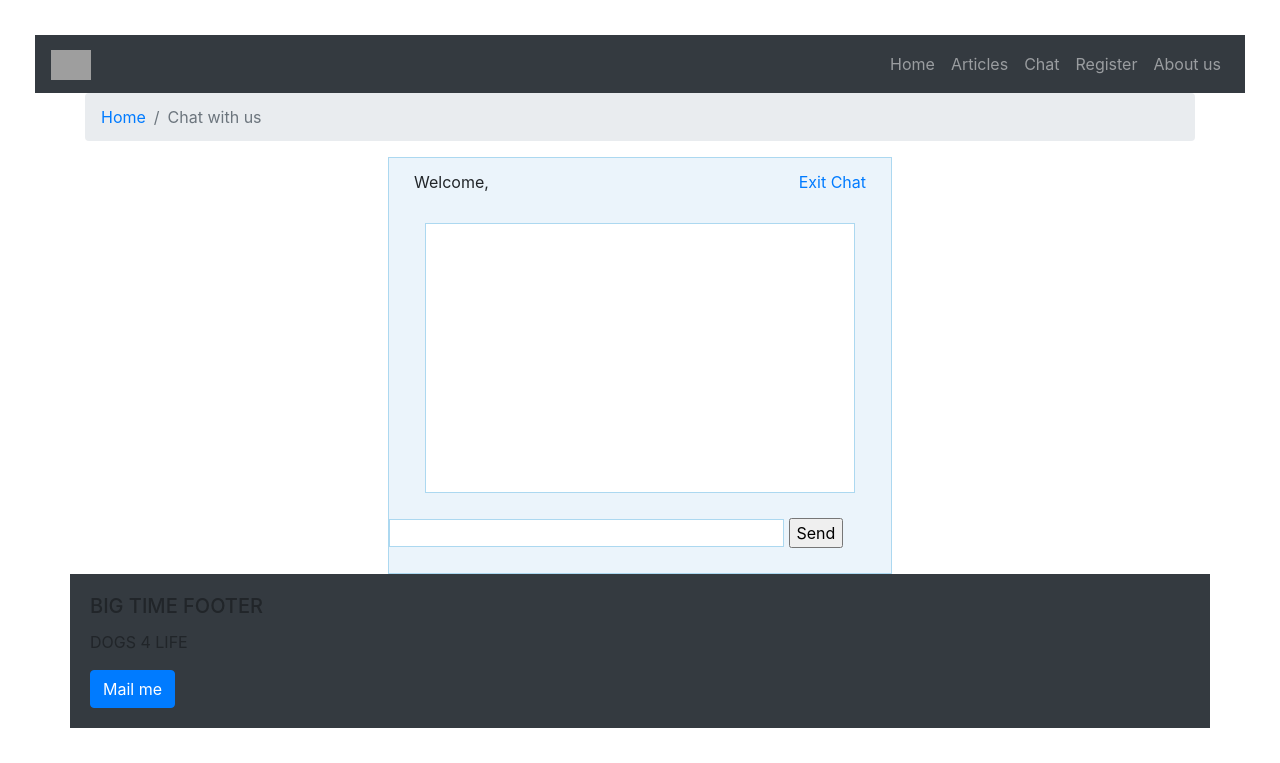
Repository: RalfsB/THE_LAST
Page: 4th.html
An editor plug-in stored every save of this project. The page is shown before and after the next save, followed by the edit.
The browser window is 1280 px wide. The pictures show the whole page.
Pictures or frames that could not be fetched are drawn as grey boxes. Some web libraries are served in a nearby version.

Above is the page before, as saved 2018-10-01 17:15:39.

### 4th.html
<!DOCTYPE html>
<html lang="en">
<head>
    <meta charset="UTF-8">
    <meta name="viewport" content="width=device-width, initial-scale=1.0">
    <meta http-equiv="X-UA-Compatible" content="ie=edge">
    <title>Chat</title>
    <link rel="stylesheet" href="style2.css">
    <link rel="stylesheet" href="https://maxcdn.bootstrapcdn.com/bootstrap/4.0.0/css/bootstrap.min.css" integrity="sha384-Gn5384xqQ1aoWXA+058RXPxPg6fy4IWvTNh0E263XmFcJlSAwiGgFAW/dAiS6JXm"
    crossorigin="anonymous">
</head>
<body>
        <nav class="navbar navbar-expand-sm navbar-dark bg-dark">
                <a href="1st_index.html" class="navbar-brand"><img src="https://r.hswstatic.com/w_907/gif/tesla-cat.jpg" height="30px"></a>
                <button class="navbar-toggler" data-toggle="collapse" data-target="#navbarMenu">
                    <span class="navbar-toggler-icon"></span>
                </button>
                <div class="collapse navbar-collapse" id="navbarMenu">
                    <ul class="navbar-nav ml-auto">
                        <li class="nav-item">
                            <a href="1st_index.html" class="nav-link">Home</a>
                        </li>
                        <li class="nav-item">
                            <a href="2nd.html" class="nav-link">Articles</a>
                        </li>
                        <li class="nav-item">
                            <a href="4th.html" class="nav-link">Chat</a>
                        </li>
                        <li class="nav-item">
                            <a href="5th.html" class="nav-link">Register</a>
                        </li>
                        <li class="nav-item">
                            <a href="6th.html" class="nav-link">About us</a>
                        </li>
                    </ul>
                </div>
            </nav>

            <div class="container">
                    <div class="row">
                        <div class="col-12">
                            <nav aria-label="breadcrumb">
                                <ol class="breadcrumb">
                                        <li class="breadcrumb-item"><a href="1st_index.html">Home</a></li>
                                        <li class="breadcrumb-item active" aria-current="page">Chat with us</li>
                                </ol>
                            </nav>
                        </div>
<div class="container">
    <div class="row">
        <div class="col">
                <div id="wrapper">
                        <div id="menu">
                            <p class="welcome">Welcome, <b></b></p>
                            <p class="logout"><a id="exit" href="#">Exit Chat</a></p>
                            <div style="clear:both"></div>
                        </div>

                        <div id="chatbox"></div>

                        <form name="message" action="">
                            <input name="usermsg" type="text" id="usermsg" size="63" />
                            <input name="submitmsg" type="submit"  id="submitmsg" value="Send" />
                        </form>
                    </div>
        </div>
    </div>
</div>



<div class="card-body navbar-dark bg-dark">
    <h5 class="card-title">BIG TIME FOOTER</h5>
    <p class="card-text">DOGS 4 LIFE</p>
    <a href="mailto:ralfsbukovskis@gmail.com" class="btn btn-primary">Mail me</a>
</div>
    <script type="text/javascript" src="http://ajax.googleapis.com/ajax/libs/jquery/1.3/jquery.min.js"></script>
    <script type="text/javascript">
    // jQuery Document
    $(document).ready(function(){

    });
    </script>
</body>
</html>

### style2.css
body {
    font:12px arial;
    color: #222;
    text-align:center;
    padding:35px; }

form, p, span {
    margin:0;
    padding:0; }

input { font:12px arial; }

a {
    color:#0000FF;
    text-decoration:none; }

    a:hover { text-decoration:underline; }

#wrapper, #loginform {
    margin:0 auto;
    padding-bottom:25px;
    background:#EBF4FB;
    width:504px;
    border:1px solid #ACD8F0; }

#loginform { padding-top:18px; }

    #loginform p { margin: 5px; }

#chatbox {
    text-align:left;
    margin:0 auto;
    margin-bottom:25px;
    padding:10px;
    background:#fff;
    height:270px;
    width:430px;
    border:1px solid #ACD8F0;
    overflow:auto; }

#usermsg {
    width:395px;
    border:1px solid #ACD8F0; }

#submit { width: 60px; }

.error { color: #ff0000; }

#menu { padding:12.5px 25px 12.5px 25px; }

.welcome { float:left; }

.logout { float:right; }

.msgln { margin:0 0 2px 0; }

After the next save:
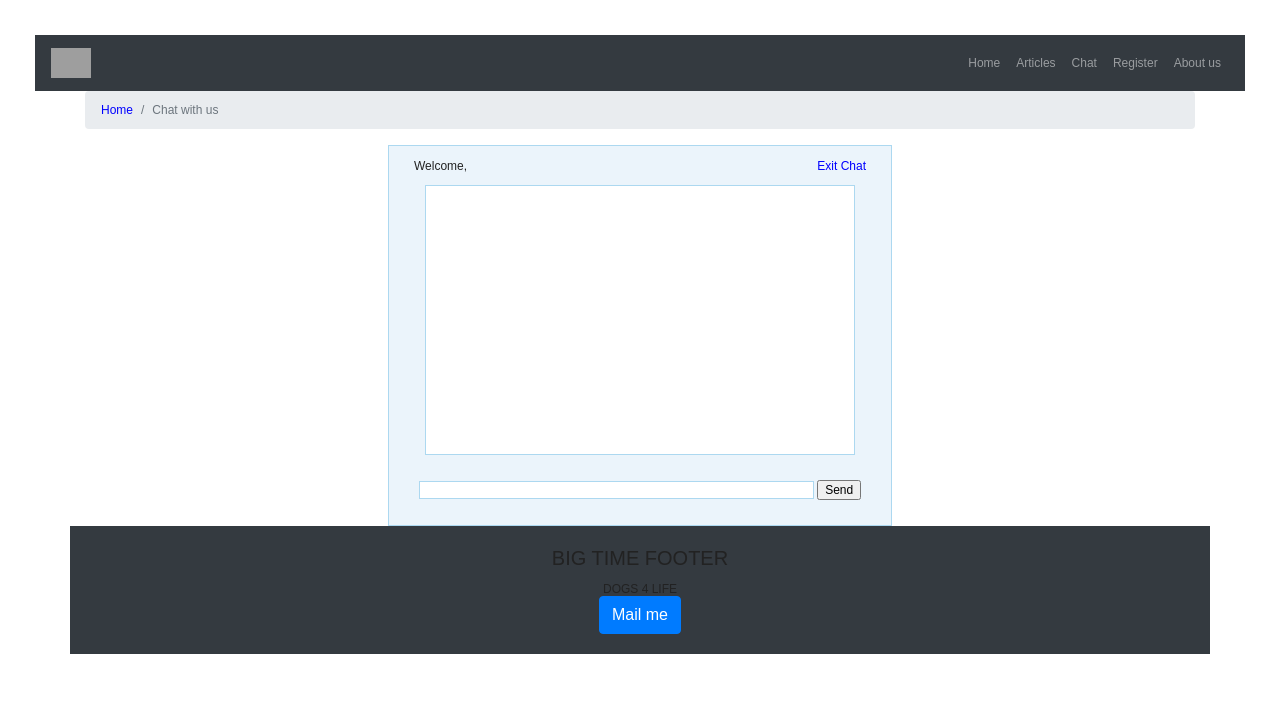
Saved 56 s later.
--- a/4th.html
+++ b/4th.html
@@ -1,14 +1,15 @@
 <!DOCTYPE html>
 <html lang="en">
 <head>
-    <meta charset="UTF-8">
-    <meta name="viewport" content="width=device-width, initial-scale=1.0">
-    <meta http-equiv="X-UA-Compatible" content="ie=edge">
-    <title>Chat</title>
+    <head>
+        <meta charset="UTF-8">
+        <meta name="viewport" content="width=device-width, initial-scale=1.0">
+        <meta http-equiv="X-UA-Compatible" content="ie=edge">
+        <title>Register</title>
+        <link rel="stylesheet" href="https://maxcdn.bootstrapcdn.com/bootstrap/4.0.0/css/bootstrap.min.css" integrity="sha384-Gn5384xqQ1aoWXA+058RXPxPg6fy4IWvTNh0E263XmFcJlSAwiGgFAW/dAiS6JXm"
+            crossorigin="anonymous">
     <link rel="stylesheet" href="style2.css">
-    <link rel="stylesheet" href="https://maxcdn.bootstrapcdn.com/bootstrap/4.0.0/css/bootstrap.min.css" integrity="sha384-Gn5384xqQ1aoWXA+058RXPxPg6fy4IWvTNh0E263XmFcJlSAwiGgFAW/dAiS6JXm"
-    crossorigin="anonymous">
-</head>
+    </head>
 <body>
         <nav class="navbar navbar-expand-sm navbar-dark bg-dark">
                 <a href="1st_index.html" class="navbar-brand"><img src="https://r.hswstatic.com/w_907/gif/tesla-cat.jpg" height="30px"></a>
